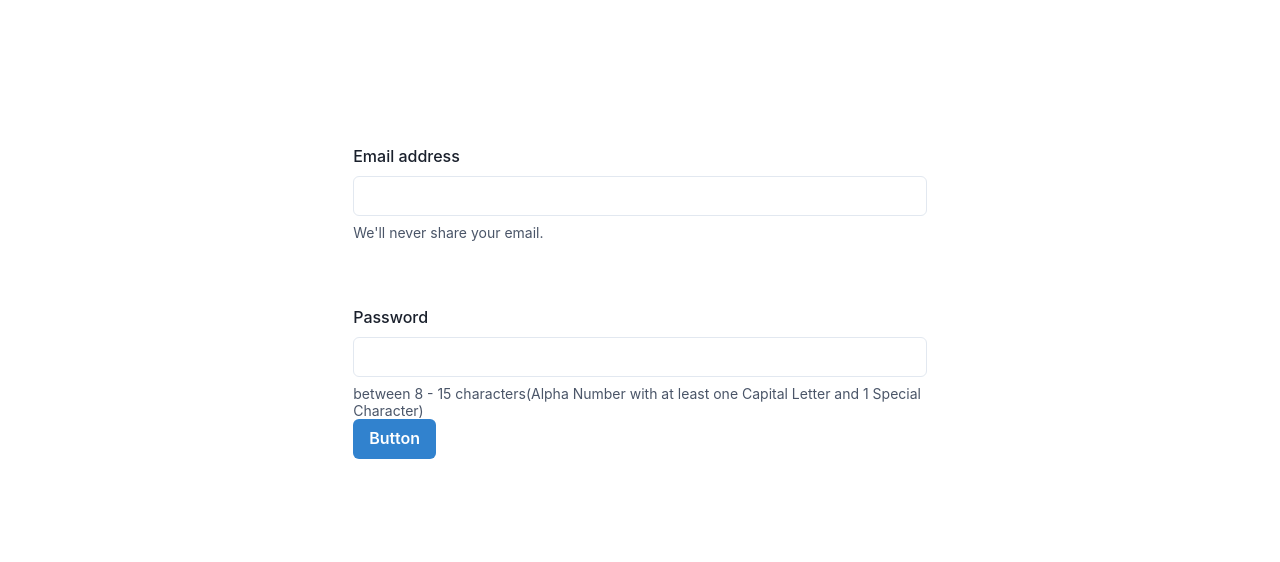
Repository: NeeleshRoy/synechron
Page: /
These files come from the project's save history. The page is drawn as it stood at one moment and after the next save; the edit follows.
The browser window is 1280 px wide. The pictures show the whole page.
The project was rebuilt for these pictures with package versions that can differ from the ones it lists, and the page was loaded fresh each time.

Above is the page before, as saved 2023-02-04 16:23:13.

### src/index.js
import React from 'react';
import ReactDOM from 'react-dom/client';
import App from './App';

import { ChakraProvider } from '@chakra-ui/react'

const root = ReactDOM.createRoot(document.getElementById('root'));
root.render(
  <React.StrictMode>
      <ChakraProvider>
        <App />
      </ChakraProvider>
  </React.StrictMode>
);

### src/App.js
import Home from './components/Home';
import { Container } from '@chakra-ui/react';

function App() {
  return (
    <Container>
        <Home />
    </Container>
  );
}

export default App;

### src/components/Home.jsx
import React from 'react';
import {
  FormControl,
  FormLabel,
  Input,
  FormHelperText,
  Button
} from '@chakra-ui/react';

const Home = () => {
  return (
    <div>
          <FormControl mt={36}>
            <FormLabel>Email address</FormLabel>
            <Input type="email" />
            <FormHelperText>We'll never share your email.</FormHelperText>
          </FormControl>

          <FormControl mt={16}>
            <FormLabel>Password</FormLabel>
            <Input type="password" />
            <FormHelperText>between 8 - 15 characters(Alpha Number with at least one Capital Letter and 1 Special Character)</FormHelperText>
          </FormControl>
          <Button colorScheme='blue'>Button</Button>
    </div>
  );
};

export default Home;

Loaded but not shown: public/index.html (common file)

After the next save:
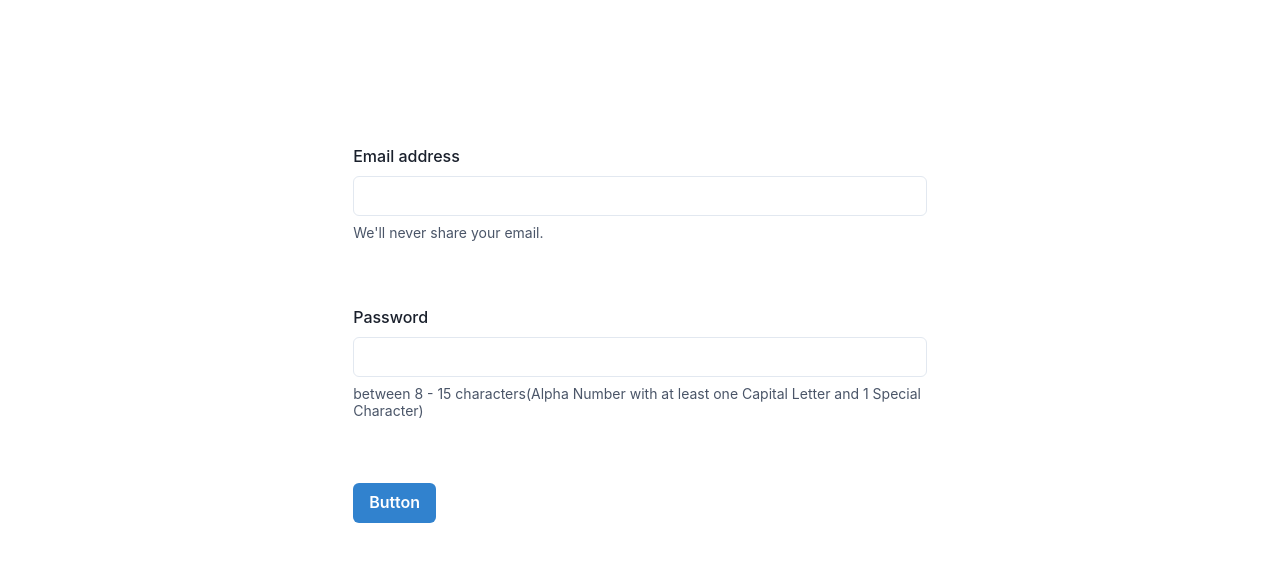
Saved 7 s later.
--- a/src/components/Home.jsx
+++ b/src/components/Home.jsx
@@ -21,7 +21,7 @@ const Home = () => {
             <Input type="password" />
             <FormHelperText>between 8 - 15 characters(Alpha Number with at least one Capital Letter and 1 Special Character)</FormHelperText>
           </FormControl>
-          <Button colorScheme='blue'>Button</Button>
+          <Button colorScheme='blue' mt={16}>Button</Button>
     </div>
   );
 };
